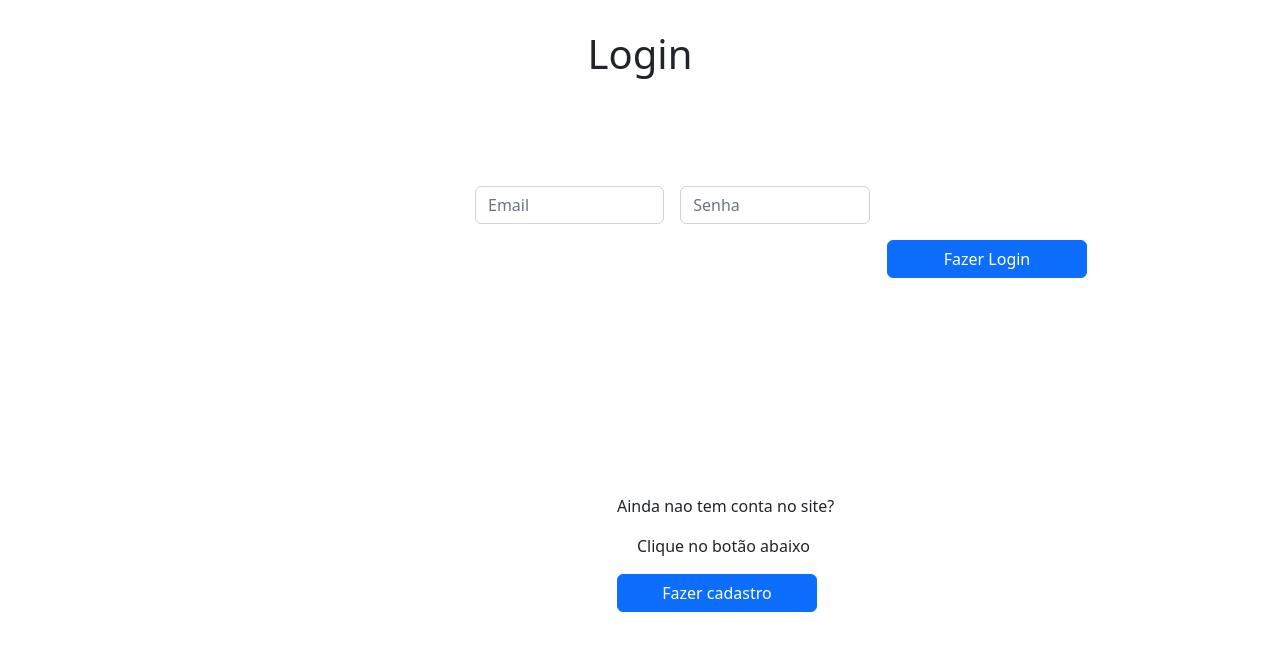
Repository: SamuelMachadoD/Java-Web-Aulas
Page: http://localhost/Redteam/WEB-INF/views/telaLogin.jsp
These files come from the project's save history. The page is drawn as it stood at one moment and after the next save; the edit follows.
The browser window is 1280 px wide. The page is 1288 px wide, so the pictures cover 1288 px, including what lies to the right of the window. The pictures show the whole page.
The page is served by Tomcat 9. Nobody is signed in. The template is opened directly, without the code that normally fills it, so the values that code supplies are empty.

Above is the page before, as saved 2022-07-19 06:19:11.

After the next save:
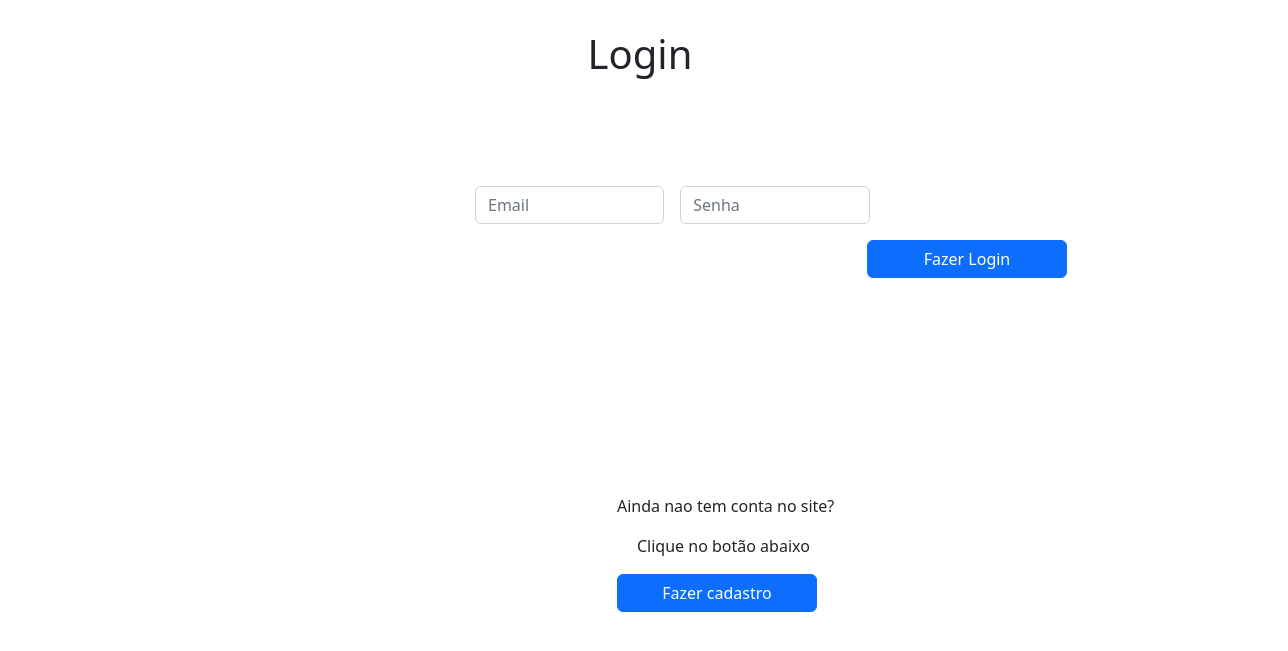
Saved 7 s later.
--- a/Redteam/src/main/webapp/WEB-INF/views/telaLogin.jsp
+++ b/Redteam/src/main/webapp/WEB-INF/views/telaLogin.jsp
@@ -17,7 +17,7 @@
         <div class="col-3">
             <input type="password" class="form-control" name="senha" value="${validar.senha}" placeholder="Senha" required>
         </div>
-        <div style="padding-left: 420px" class="col-12">
+        <div style="padding-left: 400px" class="col-12">
             <button style="width: 200px" type="submit" class="btn btn-primary">Fazer Login</button>
         </div>
         <div style="padding-left: 120px" class="col-5">
